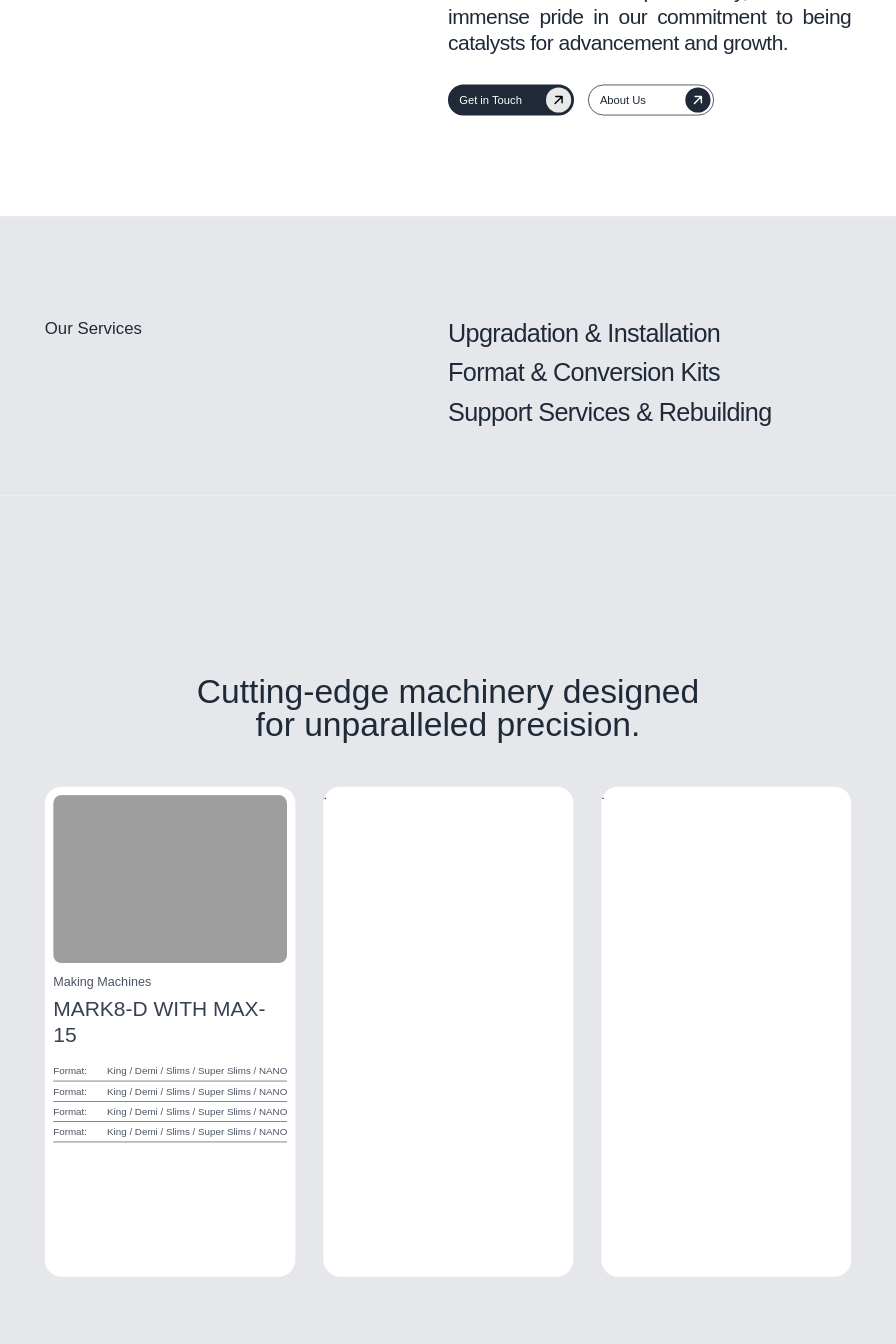
Repository: vespersolutionspk18/microtexwebsite
Page: /
The author's editor kept a copy of each file at every save. The page is drawn from the files as they stood at one save, then again after the next save.
The browser window is 1280 px wide. The pictures show the part of the page from y = 1207 to 3127 px (the page is 3127 px tall), at 70% of full size.
Pictures or frames that could not be fetched are drawn as grey boxes. Some web fonts or font styles are not loaded; a fallback is used. The project was rebuilt for these pictures with package versions that can differ from the ones it lists, and the page was loaded fresh each time. The framework's server and built-in components were replaced by stand-ins that run in the browser. Also part of the build but not shown: next.config.mjs.

Above is the page before, as saved 2024-11-18 21:41:28.

After the next save:
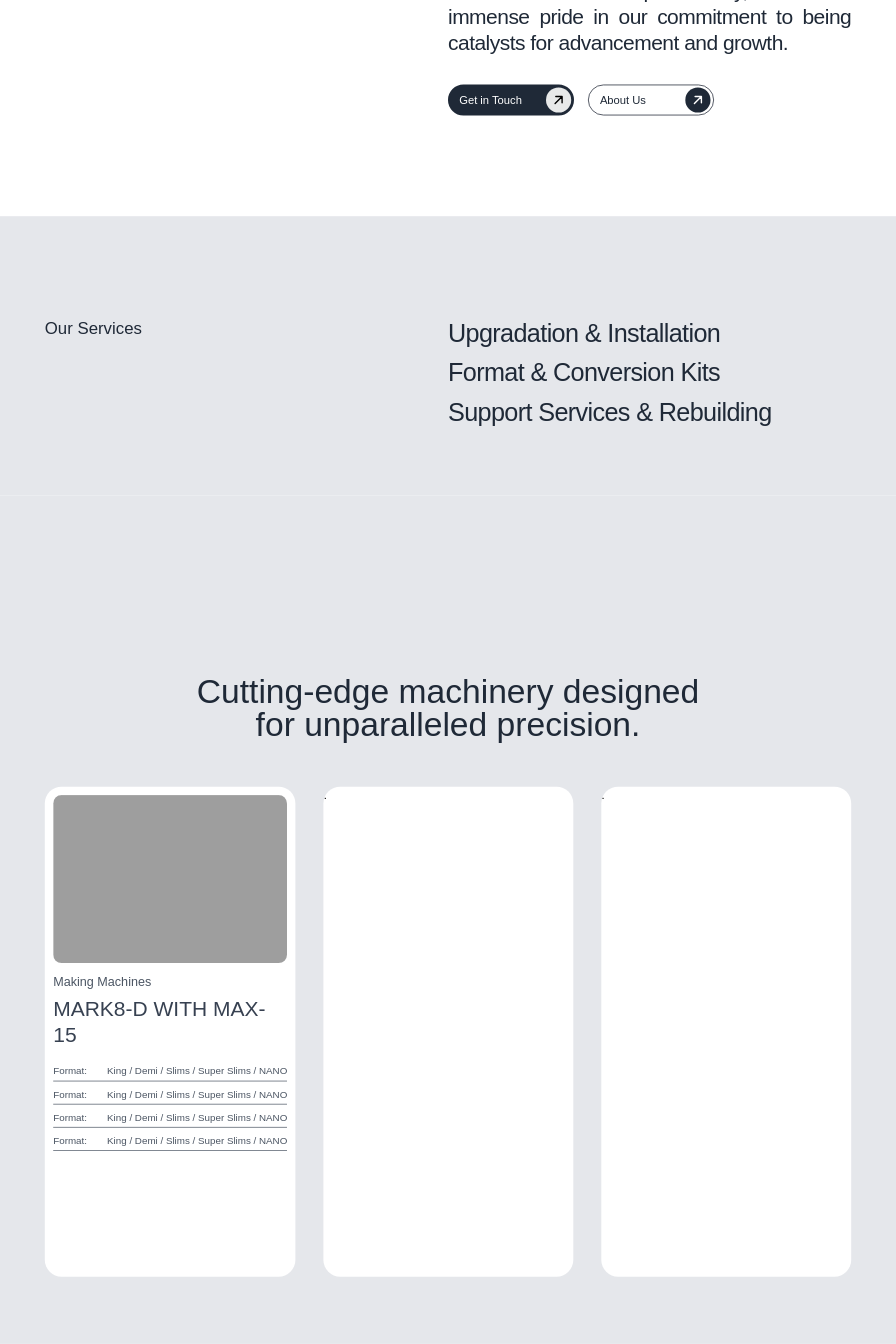
Saved 25 s later.
--- a/app/OurMachines.tsx
+++ b/app/OurMachines.tsx
@@ -16,22 +16,22 @@ const OurMachines = () => {
         <h5 className="text-gray-600 text-sm font">Format:</h5>
         <h5 className="text-gray-600 text-sm font-light"> King / Demi / Slims / Super Slims / NANO</h5>
     </div>
-    <Separator className="bg-gray-600 mt-1 mb-1" />
+    <Separator className="bg-gray-600 mt-1 mb-2" />
     <div className="flex flex-row items-center justify-between ">
         <h5 className="text-gray-600 text-sm font">Format:</h5>
         <h5 className="text-gray-600 text-sm font-light"> King / Demi / Slims / Super Slims / NANO</h5>
     </div>
-    <Separator className="bg-gray-600 mt-1 mb-1" />
+    <Separator className="bg-gray-600 mt-1 mb-2" />
     <div className="flex flex-row items-center justify-between ">
         <h5 className="text-gray-600 text-sm font">Format:</h5>
         <h5 className="text-gray-600 text-sm font-light"> King / Demi / Slims / Super Slims / NANO</h5>
     </div>
-    <Separator className="bg-gray-600 mt-1 mb-1" />
+    <Separator className="bg-gray-600 mt-1 mb-2" />
     <div className="flex flex-row items-center justify-between ">
         <h5 className="text-gray-600 text-sm font">Format:</h5>
         <h5 className="text-gray-600 text-sm font-light"> King / Demi / Slims / Super Slims / NANO</h5>
     </div>
-    <Separator className="bg-gray-600 mt-1 mb-1" />
+    <Separator className="bg-gray-600 mt-1 mb-2" />
     </div>
     <div className="h-[700px] w-1/3 bg-white rounded-3xl flex flex-col">.</div>
     <div className="h-[700px] w-1/3 bg-white rounded-3xl">.</div>
